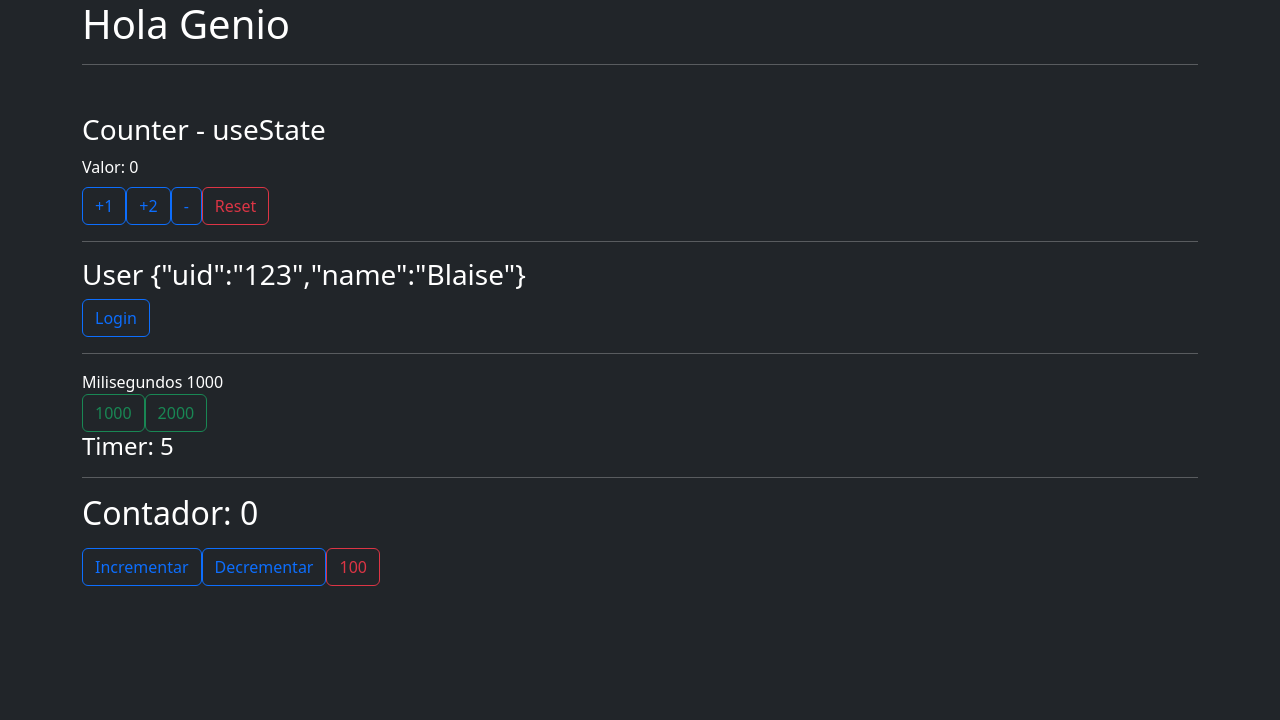
Repository: ChristianGecchelin/Typescript-Course1
Page: /
These files come from the project's save history. The page is drawn as it stood at one moment and after a run of saves; the edit follows.
The browser window is 1280 px wide. The pictures show the whole page.
The project was rebuilt for these pictures with package versions that can differ from the ones it lists, and the page was loaded fresh each time.

Above is the page before, as saved 2022-08-16 17:42:51.

### public/index.html
<!DOCTYPE html>
<html lang="en">
  <head>
    <meta charset="utf-8" />
    <link rel="icon" href="%PUBLIC_URL%/favicon.ico" />
    <meta name="viewport" content="width=device-width, initial-scale=1" />
    <meta name="theme-color" content="#000000" />
    <meta
      name="description"
      content="Web site created using create-react-app"
    />
    <link rel="apple-touch-icon" href="%PUBLIC_URL%/logo192.png" />
    <!--
      manifest.json provides metadata used when your web app is installed on a
      user's mobile device or desktop. See https://developers.google.com/web/fundamentals/web-app-manifest/
    -->
    <link rel="manifest" href="%PUBLIC_URL%/manifest.json" />
    <!--
      Notice the use of %PUBLIC_URL% in the tags above.
      It will be replaced with the URL of the `public` folder during the build.
      Only files inside the `public` folder can be referenced from the HTML.

      Unlike "/favicon.ico" or "favicon.ico", "%PUBLIC_URL%/favicon.ico" will
      work correctly both with client-side routing and a non-root public URL.
      Learn how to configure a non-root public URL by running `npm run build`.
    -->
    <!-- CSS only -->
    <link
      href="https://cdn.jsdelivr.net/npm/bootstrap@5.2.0/dist/css/bootstrap.min.css"
      rel="stylesheet"
      integrity="sha384-gH2yIJqKdNHPEq0n4Mqa/HGKIhSkIHeL5AyhkYV8i59U5AR6csBvApHHNl/vI1Bx"
      crossorigin="anonymous"
    />
    <title>React + TS</title>
  </head>
  <body class="container bg-dark text-white">
    <noscript>You need to enable JavaScript to run this app.</noscript>
    <div id="root"></div>
    <!--
      This HTML file is a template.
      If you open it directly in the browser, you will see an empty page.

      You can add webfonts, meta tags, or analytics to this file.
      The build step will place the bundled scripts into the <body> tag.

      To begin the development, run `npm start` or `yarn start`.
      To create a production bundle, use `npm run build` or `yarn build`.
    -->
  </body>
</html>

### src/App.tsx
import { ContadorRed } from "./components/ContadorRed";
import { Counter } from "./components/Counter";
import { TimerPadre } from "./components/TimerPadre";
import { Usuario } from "./components/Usuario";

function App() {
  return (
    <>
      <h1>Hola Genio</h1>
      <hr />
      <Counter />
      <hr />
      <Usuario />
      <hr />
      <TimerPadre />
      <hr />
      <ContadorRed/>
    </>
  );
}

export default App;

### src/components/ContadorRed.tsx
import React, { useReducer } from "react";

const initialState = {
  contador: 0,
};
type ActionType =
  | {
      type: "incrementar";
    }
  | { type: "decrementar" }
  | { type: "custom"; payload: number };

const contadorReducer = (state: typeof initialState, action: ActionType) => {
  switch (action.type) {
    case "incrementar":
      return {
        ...state,
        contador: state.contador + 1,
      };
    case "decrementar":
      return {
        ...state,
        contador: state.contador - 1,
      };
    case "custom":
      return {
        ...state,
        contador: action.payload,
      };
    default:
      return state;
  }
};

export const ContadorRed = () => {
  const [contadorState, dispatch] = useReducer(contadorReducer, initialState);

  return (
    <>
      <h2>Contador: {contadorState.contador}</h2>
      <button
        className="btn btn-outline-primary mt-2"
        onClick={() => {
          dispatch({ type: "incrementar" });
        }}
      >
        Incrementar
      </button>
      <button
        className="btn btn-outline-primary mt-2"
        onClick={() => {
          dispatch({ type: "decrementar" });
        }}
      >
        Decrementar
      </button>
      <button
        className="btn btn-outline-danger mt-2"
        onClick={() => {
          dispatch({ type: "custom",payload:100 });
        }}
      >
        100
      </button>
    </>

  );
};

### src/components/Counter.tsx
import { useState } from "react";

export const Counter = () => {
  const [counter, setCounter] = useState(0);
  // :void nos indica que la función no regresa nada, sin return
  const incrementar = (numero:number): void => {
    setCounter(counter + numero);
  };
  const decrementar = (): void => {
    setCounter(counter - 1);
  };
  const reset =():void=>{
    setCounter(0)
  }
  return (
    <div className="mt-5">
      <h3>Counter - useState</h3>
      <span>Valor: {counter}</span>
      <br />
      <button className="btn btn-outline-primary mt-2" onClick={()=>incrementar(1)}>
        +1
      </button>
      <button className="btn btn-outline-primary mt-2" onClick={()=>incrementar(2)}>
        +2
      </button>
      <button className="btn btn-outline-primary mt-2" onClick={decrementar}>
        -
      </button>
      <button className="btn btn-outline-danger mt-2" onClick={reset}>Reset</button>
    </div>
  );
};

### src/components/TimerPadre.tsx
import { useState } from "react";
import { Timer } from "./Timer";

export const TimerPadre = () => {
  const [milesimas, setMilesimas] = useState(1000);
  return (
    <>
      <span>Milisegundos {milesimas}</span>
      <br />
      <button
        className="btn btn-outline-success"
        onClick={() => setMilesimas(1000)}
      >
        1000
      </button>
      <button
        className="btn btn-outline-success"
        onClick={() => setMilesimas(2000)}
      >
        2000
      </button>
      <Timer milesimas={milesimas}/>
    </>
  );
};

### src/components/Usuario.tsx
import { useState } from "react";

interface User {
    uid:string,
    name:string,
}

export const Usuario = () => {
    // declaro que el state debe cumplir con lo declarado en la interface User
  const [user, setUser] = useState<User>({
    uid:'123',
    name:'Blaise',
  });

  const login = () => {
    setUser({
      uid: "ABC123",
      name: "Christian,",
    });
  };

  return (
    <div>
      <h3>User {JSON.stringify(user)}</h3>
      <button className="btn btn-outline-primary" onClick={login}>Login</button>
    </div>
  );
};

### src/components/Timer.tsx
import { useEffect, useRef, useState } from "react";

type TimerProps ={
    milesimas:number
}

export const Timer = ({milesimas}:TimerProps) => {
  const [segundos, setSegundos] = useState(0);
    const ref = useRef<NodeJS.Timeout>()
  useEffect(() => {
    ref.current && clearInterval(ref.current)
    ref.current=setInterval(() => setSegundos((s) => s + 1), milesimas);
  }, [milesimas]);
  return <h4>Timer: {segundos} </h4>;
};

### src/components/Formulario.tsx
import React, { ChangeEvent, useState } from 'react'
import { json } from 'stream/consumers';
import { useForm } from '../hooks/useForm';

export const Formulario = () => {

    const {formulario,handleChange}=useForm({
        email:'',
        nombre:''
    })

  return (
    <>
    <form action="" autoComplete='off'>

        <div className='mb-3'>
            <label htmlFor="" className='form-label'>Email:</label>
            <input type="email" className='form-control' name='email' onChange={handleChange}/>
        </div>
        <div className='mb-3'>
            <label htmlFor="" className='form-label'>Nombre:</label>
            <input type="text" className='form-control' name='nombre' onChange={handleChange}/>
        </div>
    </form>
    <pre>{JSON.stringify(formulario)}</pre>
    </>
  )
}

### src/hooks/useForm.tsx
import { ChangeEvent, useState } from "react";

export const useForm = (initState: any) => {
  const [formulario, setFormulario] = useState({ initState });

  const handleChange = ({ target }: ChangeEvent<HTMLInputElement>) => {
    const { name, value } = target;
    setFormulario({
      ...formulario,
      [name]: value,
    });
  };
  return{
    formulario,
    handleChange
  }
};

Loaded but not shown: src/index.tsx (common file)

After the next 2 saves:
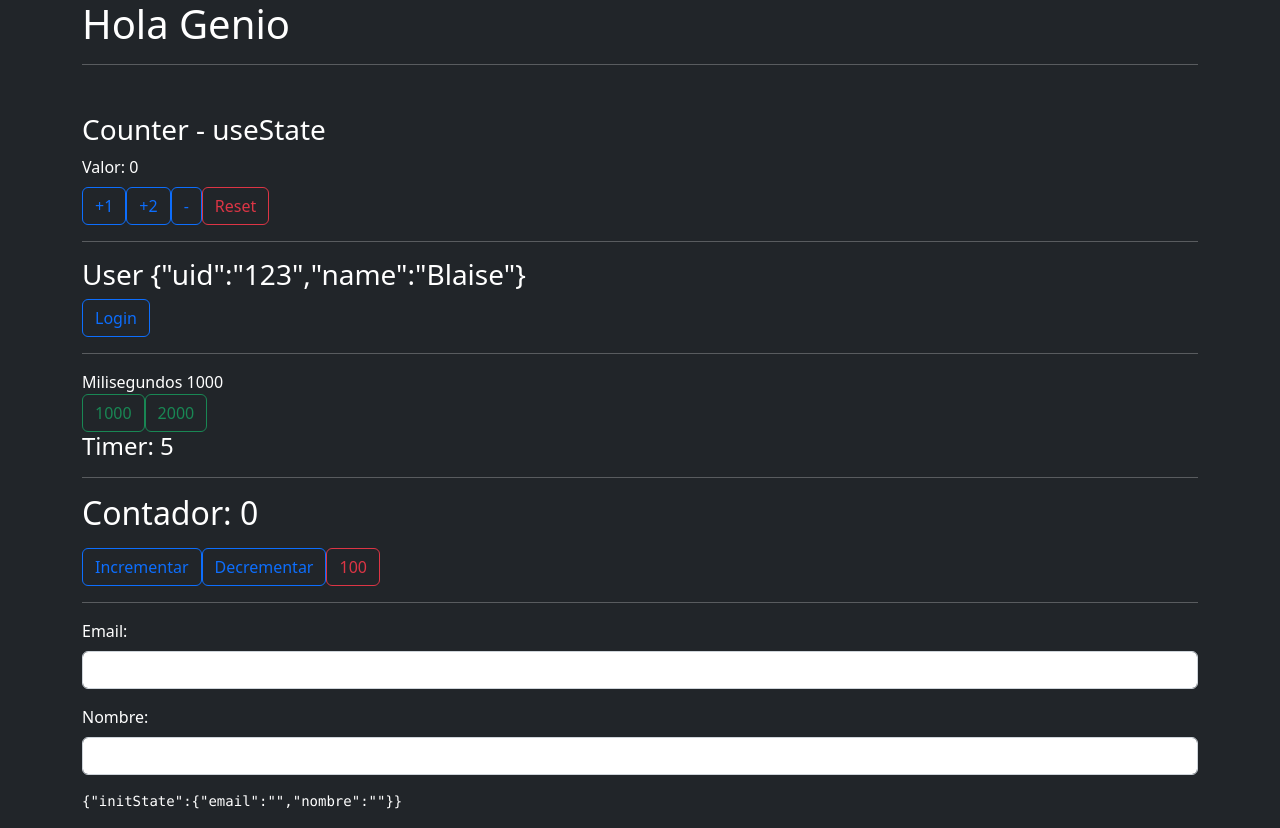
The 2 saves are shown as one change because 1 did not build or start.
The last was saved 85 s later.
--- a/src/App.tsx
+++ b/src/App.tsx
@@ -2,6 +2,7 @@ import { ContadorRed } from "./components/ContadorRed";
 import { Counter } from "./components/Counter";
 import { TimerPadre } from "./components/TimerPadre";
 import { Usuario } from "./components/Usuario";
+import { Formulario } from '../src/components/Formulario';
 
 function App() {
   return (
@@ -15,6 +16,8 @@ function App() {
       <TimerPadre />
       <hr />
       <ContadorRed/>
+      <hr />
+      <Formulario/>
     </>
   );
 }
